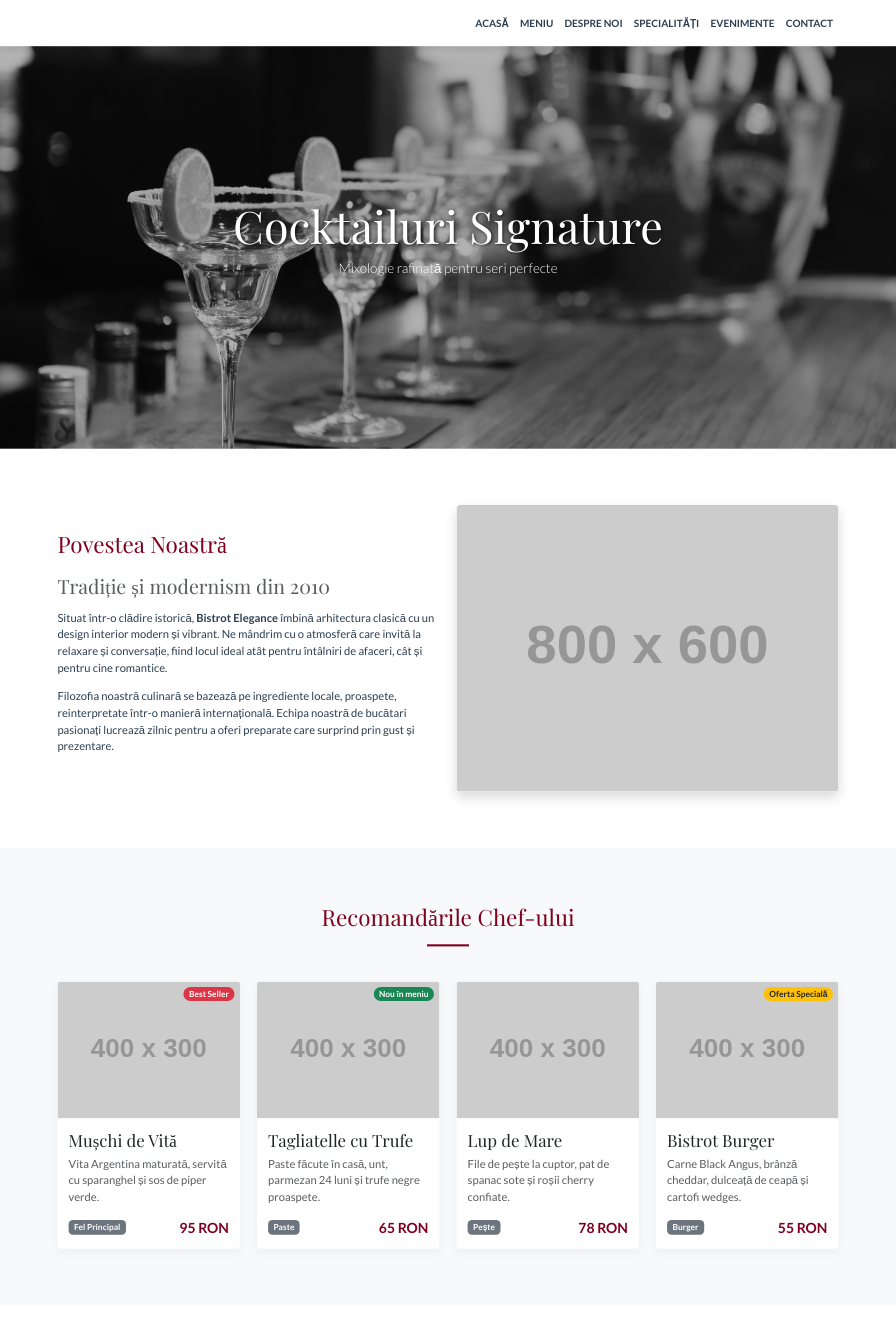
Repository: 912-Comsa-Teodora/bistrot-restaurant
Page: restaurant/index.html
These files come from the project's save history. The page is drawn as it stood at one moment and after the next save; the edit follows.
The browser window is 1280 px wide. The pictures show the part of the page from y = 0 to 1920 px (the page is 3045 px tall), at 70% of full size.

Above is the page before, as saved 2026-01-04 21:33:45.

### restaurant/index.html
<!DOCTYPE html>
<html lang="ro">
<head>
    <meta charset="UTF-8">
    <meta name="viewport" content="width=device-width, initial-scale=1.0">
    <meta name="description" content="Cel mai bun restaurant și bar din oraș. Atmosferă unică, meniu select.">
    <meta name="author" content="Numele Tau">

    <title>Bistrot Elegance - Restaurant & Bar</title>

    <link href="https://cdn.jsdelivr.net/npm/bootstrap@5.3.0/dist/css/bootstrap.min.css" rel="stylesheet">

    <link rel="stylesheet" href="https://cdnjs.cloudflare.com/ajax/libs/font-awesome/6.4.0/css/all.min.css">

    <link href="https://fonts.googleapis.com/css2?family=Playfair+Display:wght@400;700&family=Lato:wght@300;400;700&display=swap" rel="stylesheet">

    <style>
        :root {
            --primary-color: #800020; /* Visiniu elegant stil Toulouse */
            --gold-color: #d4af37;
            --text-dark: #2c3e50;
        }

        body {
            font-family: 'Lato', sans-serif;
            color: var(--text-dark);
            padding-top: 65px; /* Pentru a nu ascunde continutul sub meniul fix */
        }

        h1, h2, h3, h4, h5 {
            font-family: 'Playfair Display', serif;
            color: var(--primary-color);
        }

        /* Navigatie */
        .navbar {
            background-color: #fff;
            box-shadow: 0 2px 10px rgba(0,0,0,0.1);
        }

        .navbar-brand img {
            max-height: 40px;
        }

        .nav-link {
            color: var(--text-dark);
            font-weight: 700;
            text-transform: uppercase;
            font-size: 0.9rem;
        }

        .nav-link:hover {
            color: var(--primary-color);
        }

        /* Carousel Custom */
        #heroCarousel .carousel-item img {
            height: 80vh; /* Inaltimea caruselului */
            object-fit: cover;
            filter: brightness(0.7); /* Intunecam putin imaginile pentru contrast text */
        }

        .carousel-caption {
            top: 50%; /* Pozitionam partea de sus a textului la mijlocul ecranului */
            transform: translateY(-50%); /* Ridicam textul cu jumatate din inaltimea sa pentru centrare perfecta */
            bottom: auto; /* Resetam pozitia implicita a Bootstrap-ului de jos */
            /* Optional: ajustam latimea pentru a nu fi prea lat pe ecrane mari */
            width: 70%;
            left: 15%;
        }

        /* --- NEW --- Spatiere egala intre linii */
        .carousel-caption p {
            /* Resetam marginile implicite si setam o distanta uniforma */
            margin-top: 0;
            margin-bottom: 1.5rem;
            font-size: 1.2rem; /* Am marit putin textul paragrafelor pentru lizibilitate */
            font-weight: 300;
        }

        .carousel-caption h2 {
            font-size: 4rem;
            color: #fff;
            text-shadow: 2px 2px 4px rgba(0,0,0,0.6);
        }

        /* Sectiuni Generale */
        section {
            padding: 80px 0;
        }

        .bg-light-custom {
            background-color: #f8f9fa;
        }

        .section-title {
            text-align: center;
            margin-bottom: 50px;
            position: relative;
        }

        .section-title::after {
            content: '';
            display: block;
            width: 60px;
            height: 3px;
            background-color: var(--primary-color);
            margin: 20px auto;
        }

        /* Carduri Meniu */
        .card {
            border: none;
            transition: transform 0.3s;
            box-shadow: 0 5px 15px rgba(0,0,0,0.05);
        }

        .card:hover {
            transform: translateY(-5px);
        }

        .price-tag {
            font-size: 1.25rem;
            font-weight: bold;
            color: var(--primary-color);
        }

        /* Footer */
        footer {
            background-color: #1a1a1a;
            color: #fff;
            padding: 60px 0 20px;
        }

        footer h4 {
            color: var(--gold-color);
            margin-bottom: 20px;
        }

        .social-icons a {
            color: #fff;
            font-size: 1.5rem;
            margin-right: 15px;
            transition: color 0.3s;
        }

        .social-icons a:hover {
            color: var(--gold-color);
        }
    </style>
</head>
<body>

    <header id="home">
        <nav class="navbar navbar-expand-lg navbar-light fixed-top">
            <div class="container">
                <a class="navbar-brand" href="index.html">
                    <img src="./pictures/Bistrot-Elegance-Logo.png" alt="Logo Bistrot Elegance">
                </a>

                <button class="navbar-toggler" type="button" data-bs-toggle="collapse" data-bs-target="#navbarContent" aria-controls="navbarContent" aria-expanded="false" aria-label="Toggle navigation">
                    <span class="navbar-toggler-icon"></span>
                </button>

                <div class="collapse navbar-collapse" id="navbarContent">
                    <ul class="navbar-nav ms-auto mb-2 mb-lg-0">
                        <li class="nav-item">
                            <a class="nav-link" href="#home">Acasă</a>
                        </li>
                        <li class="nav-item">
                            <a class="nav-link" href="#meniu">Meniu</a>
                        </li>
                        <li class="nav-item">
                            <a class="nav-link" href="#despre">Despre Noi</a>
                        </li>
                        <li class="nav-item">
                            <a class="nav-link" href="#specialitati">Specialități</a>
                        </li>
                        <li class="nav-item">
                            <a class="nav-link" href="#evenimente">Evenimente</a>
                        </li>
                        <li class="nav-item">
                            <a class="nav-link" href="#contact">Contact</a>
                        </li>
                    </ul>
                </div>
            </div>
        </nav>
    </header>

        <div id="heroCarousel" class="carousel slide" data-bs-ride="carousel">
            <div class="carousel-inner">
                <div class="carousel-item active" data-bs-interval="4000">
                    <img src="pictures/restaurant-imagine-principala.jpg" class="d-block w-100" alt="Interior restaurant seara cu lumini ambientale">
                    <div class="carousel-caption d-none d-md-block">
                        <p>Bine ați venit la</p>
                        <h2>Bistrot Elegance</h2>
                        <p>O experiență culinară de neuitat în inima orașului</p>
                    </div>
                </div>

                <div class="carousel-item" data-bs-interval="4000">
                    <img src="pictures/cover-bauturi.jpg" class="d-block w-100" alt="Barman preparând cocktailuri signature">
                    <div class="carousel-caption d-none d-md-block">
                        <h2>Cocktailuri Signature</h2>
                        <p>Mixologie rafinată pentru seri perfecte</p>
                    </div>
                </div>

                <div class="carousel-item" data-bs-interval="4000">
                    <img src="pictures/cover-mancare.jpg" class="d-block w-100" alt="Barman preparând cocktailuri signature">
                    <div class="carousel-caption d-none d-md-block">
                        <h2>Gusturi Autentice</h2>
                        <p>Preparate create cu pasiune din ingrediente locale</p>
                    </div>
                </div>

                <div class="carousel-item" data-bs-interval="4000">
                    <img src="pictures/cover-desert.jpg" class="d-block w-100" alt="Deserturi facute in casa">
                    <div class="carousel-caption d-none d-md-block">
                        <h2>Deserturi Artizanale</h2>
                        <p>Finalul dulce perfect pentru orice masă</p>
                    </div>
                </div>
            </div>
        </div>

    <section id="despre">
        <div class="container">
            <div class="row align-items-center">
                <div class="col-lg-6 mb-4 mb-lg-0">
                    <h2 class="mb-4">Povestea Noastră</h2>
                    <h3 class="text-muted mb-3">Tradiție și modernism din 2010</h3>
                    <p>
                        Situat într-o clădire istorică, <strong>Bistrot Elegance</strong> îmbină arhitectura clasică cu un design interior modern și vibrant. Ne mândrim cu o atmosferă care invită la relaxare și conversație, fiind locul ideal atât pentru întâlniri de afaceri, cât și pentru cine romantice.
                    </p>
                    <p>
                        Filozofia noastră culinară se bazează pe ingrediente locale, proaspete, reinterpretate într-o manieră internațională. Echipa noastră de bucătari pasionați lucrează zilnic pentru a oferi preparate care surprind prin gust și prezentare.
                    </p>
                </div>
                <div class="col-lg-6">
                    <img src="https://placehold.co/800x600/eee/333?text=Interior+Local" class="img-fluid rounded shadow" alt="Fotografie cu interiorul restaurantului la ora pranzului">
                </div>
            </div>
        </div>
    </section>

    <section id="specialitati" class="bg-light-custom">
        <div class="container">
            <h2 class="section-title">Recomandările Chef-ului</h2>
            <div class="row g-4">

                <div class="col-md-6 col-lg-3">
                    <div class="card h-100">
                        <span class="position-absolute top-0 end-0 badge rounded-pill bg-danger m-2">
                            Best Seller
                        </span>
                        <img src="https://placehold.co/400x300/800020/fff?text=Vita+Argentina" class="card-img-top" alt="Friptura de vita pe gratar">
                        <div class="card-body d-flex flex-column">
                            <h4 class="card-title">Mușchi de Vită</h4>
                            <p class="card-text text-muted">Vita Argentina maturată, servită cu sparanghel și sos de piper verde.</p>
                            <div class="mt-auto d-flex justify-content-between align-items-center">
                                <span class="badge bg-secondary">Fel Principal</span>
                                <span class="price-tag">95 RON</span>
                            </div>
                        </div>
                    </div>
                </div>

                <div class="col-md-6 col-lg-3">
                    <div class="card h-100">
                         <span class="position-absolute top-0 end-0 badge rounded-pill bg-success m-2">
                            Nou în meniu
                        </span>
                        <img src="https://placehold.co/400x300/d4af37/fff?text=Paste+Trufe" class="card-img-top" alt="Paste proaspete cu trufe negre">
                        <div class="card-body d-flex flex-column">
                            <h4 class="card-title">Tagliatelle cu Trufe</h4>
                            <p class="card-text text-muted">Paste făcute în casă, unt, parmezan 24 luni și trufe negre proaspete.</p>
                            <div class="mt-auto d-flex justify-content-between align-items-center">
                                <span class="badge bg-secondary">Paste</span>
                                <span class="price-tag">65 RON</span>
                            </div>
                        </div>
                    </div>
                </div>

                <div class="col-md-6 col-lg-3">
                    <div class="card h-100">
                        <img src="https://placehold.co/400x300/2c3e50/fff?text=Lup+de+Mare" class="card-img-top" alt="File de peste cu legume">
                        <div class="card-body d-flex flex-column">
                            <h4 class="card-title">Lup de Mare</h4>
                            <p class="card-text text-muted">File de pește la cuptor, pat de spanac sote și roșii cherry confiate.</p>
                            <div class="mt-auto d-flex justify-content-between align-items-center">
                                <span class="badge bg-secondary">Pește</span>
                                <span class="price-tag">78 RON</span>
                            </div>
                        </div>
                    </div>
                </div>

                <div class="col-md-6 col-lg-3">
                    <div class="card h-100">
                        <span class="position-absolute top-0 end-0 badge rounded-pill bg-warning text-dark m-2">
                            Oferta Specială
                        </span>
                        <img src="https://placehold.co/400x300/555/fff?text=Burger+Gourmet" class="card-img-top" alt="Burger mare cu cartofi prajiti">
                        <div class="card-body d-flex flex-column">
                            <h4 class="card-title">Bistrot Burger</h4>
                            <p class="card-text text-muted">Carne Black Angus, brânză cheddar, dulceață de ceapă și cartofi wedges.</p>
                            <div class="mt-auto d-flex justify-content-between align-items-center">
                                <span class="badge bg-secondary">Burger</span>
                                <span class="price-tag">55 RON</span>
                            </div>
                        </div>
                    </div>
                </div>

            </div>
        </div>
    </section>

    <section id="evenimente">
        <div class="container">
            <h2 class="section-title">Evenimente & Atmosferă</h2>
            <div class="row">
                <div class="col-lg-4 mb-4">
                    <h3>Muzică Live & Seri Tematice</h3>
                    <p>În fiecare seară de vineri și sâmbătă, atmosfera este întreținută de artiști locali de jazz și pian.</p>
                    <p>Organizam degustări de vinuri în fiecare ultimă joi din lună. Vă așteptăm să descoperiți soiuri premiate alături de somelierul nostru.</p>
                    <div class="alert alert-info mt-3" role="alert">
                        <strong>Rezervare necesară!</strong> Locurile sunt limitate pentru serile de muzică live.
                    </div>
                </div>

                <div class="col-lg-4 col-md-6 mb-4">
                    <img src="https://placehold.co/400x300/333/fff?text=Concert+Jazz" class="img-fluid rounded mb-4 w-100" alt="Formatie de jazz cantand live">
                    <img src="https://placehold.co/400x300/555/fff?text=Degustare+Vin" class="img-fluid rounded w-100" alt="Pahare de vin pe masa">
                </div>

                <div class="col-lg-4 col-md-6">
                    <img src="https://placehold.co/400x650/800020/fff?text=Petrecere+Privata" class="img-fluid rounded h-100 w-100" style="object-fit: cover;" alt="Grup de oameni la o masa festiva">
                </div>
            </div>
        </div>
    </section>

    <footer id="contact">
        <div class="container">
            <div class="row">
                <div class="col-md-4 mb-4">
                    <h4>Contact</h4>
                    <p><i class="fas fa-map-marker-alt me-2"></i> Strada Principală Nr. 10, Cluj-Napoca</p>
                    <p><i class="fas fa-phone me-2"></i> +40 722 123 456</p>
                    <p><i class="fas fa-envelope me-2"></i> contact@bistrotelegance.ro</p>
                </div>

                <div class="col-md-4 mb-4">
                    <h4>Program</h4>
                    <p>Luni - Joi: 10:00 - 23:00</p>
                    <p>Vineri - Sâmbătă: 10:00 - 02:00</p>
                    <p>Duminică: 12:00 - 23:00</p>
                </div>

                <div class="col-md-4 mb-4 text-md-end text-start">
                    <h4>Urmărește-ne</h4>
                    <div class="social-icons">
                        <a href="#" aria-label="Facebook"><i class="fab fa-facebook-f"></i></a>
                        <a href="#" aria-label="Instagram"><i class="fab fa-instagram"></i></a>
                        <a href="#" aria-label="TripAdvisor"><i class="fab fa-tripadvisor"></i></a>
                    </div>
                </div>
            </div>

            <hr class="bg-light">

            <div class="row">
                <div class="col-12 text-center">
                    <p class="small mb-0">&copy; 2023 Bistrot Elegance. Toate drepturile rezervate.</p>
                </div>
            </div>
        </div>
    </footer>

    <script src="https://cdn.jsdelivr.net/npm/bootstrap@5.3.0/dist/js/bootstrap.bundle.min.js"></script>
</body>
</html>

After the next save:
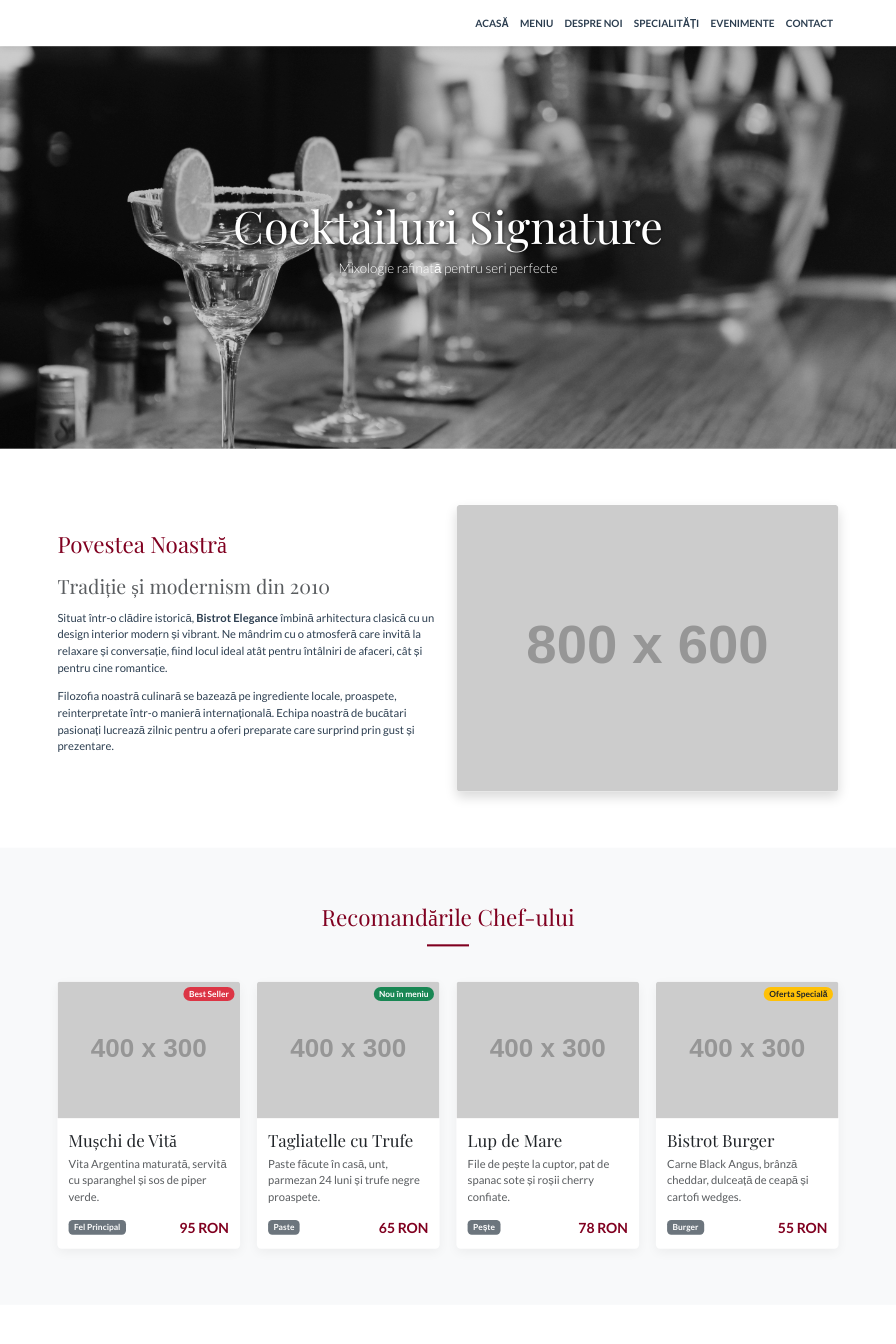
Saved 40 s later.
--- a/restaurant/index.html
+++ b/restaurant/index.html
@@ -57,7 +57,7 @@
         #heroCarousel .carousel-item img {
             height: 80vh; /* Inaltimea caruselului */
             object-fit: cover;
-            filter: brightness(0.7); /* Intunecam putin imaginile pentru contrast text */
+            filter: brightness(0.8); /* Intunecam putin imaginile pentru contrast text */
         }
 
         .carousel-caption {
